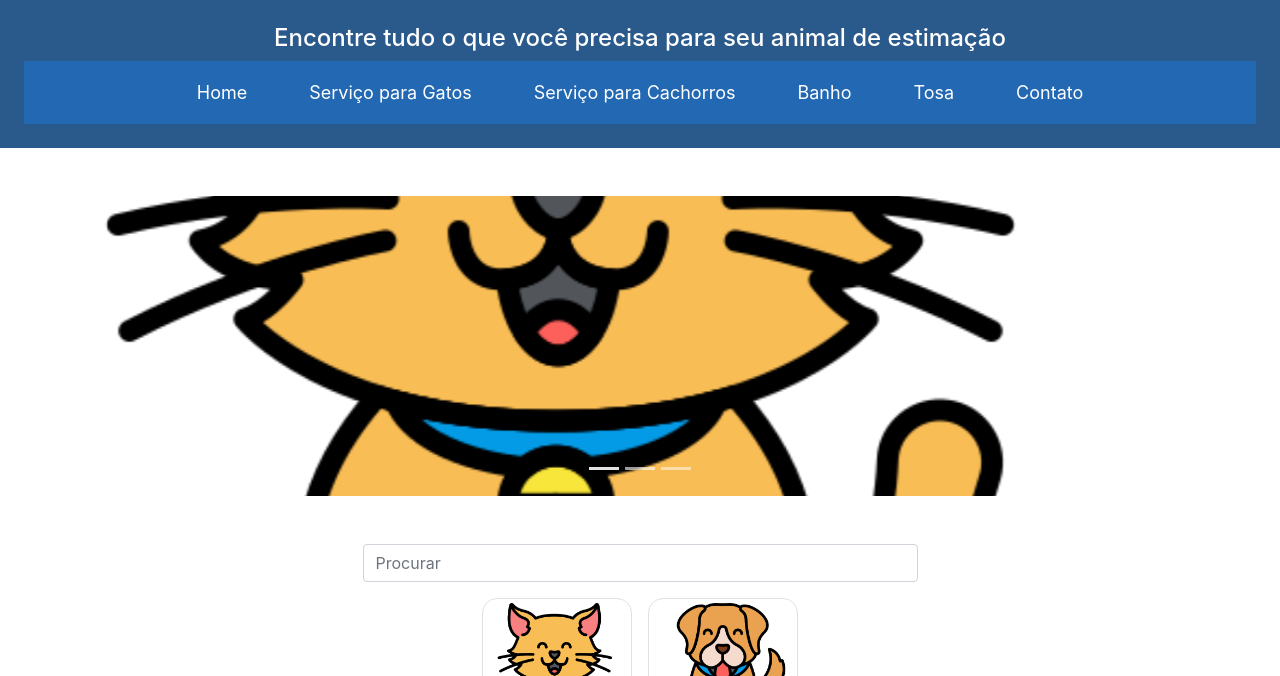
Repository: graeff01/petshop-project
Page: index.html
An editor plug-in stored every save of this project. The page is shown before and after a run of saves, followed by the edit.
The browser window is 1280 px wide. The pictures show the part of the page from y = 0 to 676 px (the page is 1956 px tall before and 1856 px after).
A picture or video elsewhere on the page could not be fetched, so the positions and the page height are approximate.

Above is the page before, as saved 2024-09-18 11:09:48.

### index.html
<!DOCTYPE html>
<html lang="pt-br">
<head>
    <meta charset="UTF-8">
    <meta name="viewport" content="width=device-width, initial-scale=1.0">
    <title>PetShop - Home</title>
    <link rel="stylesheet" href="css/style.css">
    <link href="https://maxcdn.bootstrapcdn.com/bootstrap/4.5.2/css/bootstrap.min.css" rel="stylesheet">
</head>
<body>
    <!-- Cabeçalho com menu de navegação -->
    <header class="blue-background text-center p-4">
        <h1>Encontre tudo o que você precisa para seu animal de estimação</h1>
        <nav>
            <ul class="nav justify-content-center">
                <li class="nav-item">
                    <a class="nav-link active" href="index.html">Home</a>
                </li>
                <li class="nav-item">
                    <a class="nav-link" href="gato.html">Serviço para Gatos</a>
                </li>
                <li class="nav-item">
                    <a class="nav-link" href="dog.html">Serviço para Cachorros</a>
                </li>
                <li class="nav-item">
                    <a class="nav-link" href="banho.html">Banho</a>
                </li>
                <li class="nav-item">
                    <a class="nav-link" href="tosa.html">Tosa</a>
                </li>
                <li class="nav-item">
                    <a class="nav-link" href="contato.html">Contato</a>
                </li>
            </ul>
        </nav>
    </header>

    <!-- Carrossel de Imagens -->
    <section class="carousel-section container mt-5">
        <div id="carouselExampleIndicators" class="carousel slide" data-ride="carousel">
            <ol class="carousel-indicators">
                <li data-target="#carouselExampleIndicators" data-slide-to="0" class="active"></li>
                <li data-target="#carouselExampleIndicators" data-slide-to="1"></li>
                <li data-target="#carouselExampleIndicators" data-slide-to="2"></li>
            </ol>
            <div class="carousel-inner">
                <div class="carousel-item active">
                    <img class="d-block w-100" src="img/cat.png" alt="Primeira imagem">
                </div>
                <div class="carousel-item">
                    <img class="d-block w-100" src="img/dog.png" alt="Segunda imagem">
                </div>
                <div class="carousel-item">
                    <img class="d-block w-100" src="img/dog.png" alt="Terceira imagem">
                </div>
            </div>
            <a class="carousel-control-prev" href="#carouselExampleIndicators" role="button" data-slide="prev">
                <span class="carousel-control-prev-icon" aria-hidden="true"></span>
                <span class="sr-only">Previous</span>
            </a>
            <a class="carousel-control-next" href="#carouselExampleIndicators" role="button" data-slide="next">
                <span class="carousel-control-next-icon" aria-hidden="true"></span>
                <span class="sr-only">Next</span>
            </a>
        </div>
    </section>

    <!-- Seção principal -->
    <main class="container mt-5">
        <input type="text" placeholder="Procurar" class="form-control w-50 mx-auto my-3 search-bar">
        <div class="d-flex justify-content-center mb-4">
            <div class="animal-category mx-2">
                <a href="gato.html">
                    <div class="image-container">
                        <img src="img/cat.png" alt="Cats" class="img-thumbnail">
                        <div class="overlay">Cats</div>
                    </div>
                </a>
            </div>
            <div class="animal-category mx-2">
                <a href="dog.html">
                    <div class="image-container">
                        <img src="img/dog.png" alt="Dogs" class="img-thumbnail">
                        <div class="overlay">Dogs</div>
                    </div>
                </a>
            </div>
        </div>
    </main>

    <!-- Seção de Fidelidade -->
    <section class="membership text-center p-4">
        <div class="membership-content d-flex align-items-center justify-content-center">
            <div class="membership-text text-center">
                <h3>Torne-se um membro<br>E obtenha desconto</h3>
                <a href="cliente.html" class="btn btn-dark">Virar Membro</a>
            </div>
            <div class="membership-image">
                <img src="img/fidelidade.jpg" alt="Gift" class="img-fluid">
            </div>
        </div>
    </section>

    <!-- Conselhos -->
    <main class="container mt-5">
        <div class="advice-section d-flex justify-content-center align-items-center">
            <div class="advice-text text-center">
                <h2>Alguns bons conselhos para cuidar de seu animal de estimação</h2><br><br>
                <p><strong>Paciência e compreensão:</strong> entenda que os animais de estimação têm suas personalidades. Seja paciente, especialmente durante o treinamento.</p> <br>
                <p><strong>Eduque-se:</strong> Aprenda sobre a raça, os comportamentos e os requisitos de saúde específicos de seu animal de estimação.</p><br>
                <p><strong>Preparação para emergências:</strong> Familiarize-se com a localização da clínica veterinária de emergência mais próxima.</p><br>
                <p><strong>Reforço positivo:</strong> Aprenda técnicas de reforço positivo.</p>
            </div>
            <div class="advice-image text-center">
                <img src="img/dogg.png" alt="Dog Advice" class="img-fluid">
            </div>
        </div>
    </main>

    <!-- Rodapé com informações de contato -->
    <footer class="footer mt-5 p-4 bg-light text-center">
        <div class="footer-container">
            <div class="footer-left">
                <img src="img/logo.png" alt="PetShop Logo" class="footer-logo">
            </div>
            <div class="footer-center">
                <ul class="footer-links">
                    <li><a href="index.html">Home</a></li>
                    <li><a href="gato.html">Gato</a></li>
                    <li><a href="dog.html">Cachorro</a></li>
                    <li><a href="banho.html">Banho</a></li>
                    <li><a href="tosa.html">Tosa</a></li>
                    <li><a href="contato.html">Contato</a></li>
                </ul>
            </div>
            <div class="footer-right">
                <p>Contato: (11) 1234-5678 | contato@petshop.com</p>
                <p>Autor: Douglas - Projeto Web</p>
                <div class="social-icons">
                    <a href="#"><img src="img/face.png" alt="Facebook"></a>
                    <a href="#"><img src="img/insta.png" alt="Instagram"></a>
                    <a href="#"><img src="img/x.png" alt="Twitter"></a>
                </div>
            </div>
        </div>
    </footer>

    <script src="https://code.jquery.com/jquery-3.5.1.slim.min.js"></script>
    <script src="https://cdn.jsdelivr.net/npm/@popperjs/core@2.9.2/dist/umd/popper.min.js"></script>
    <script src="https://maxcdn.bootstrapcdn.com/bootstrap/4.5.2/js/bootstrap.min.js"></script>
</body>
</html>

### css/style.css
/* Estilos globais */
body {
    font-family: Arial, sans-serif;
    margin: 0;
    padding: 0;
}

/* Cabeçalho */
header.blue-background {
    background-color: #2a598b;
    color: white;
    padding: 20px 0;
    text-align: center;
    width: 100%;
    box-sizing: border-box;
}

header.blue-background h1 {
    font-size: 24px;
}

nav ul {
    padding: 0;
    margin: 0;
    list-style-type: none;
    display: flex;
    justify-content: center;
    background-color: #2368b3;
    padding: 10px 0;
}

nav ul li {
    margin: 0 15px;
}

nav ul li a {
    color: white;
    text-decoration: none;
    font-size: 18px;
    transition: color 0.3s ease;
}

nav ul li a:hover {
    color: #ffd700;
}

/* Barra de busca */
.search-bar {
    padding: 10px;
    font-size: 16px;
    width: 50%;
    margin: 20px auto;
    border-radius: 20px;
    border: 2px solid #fff;
    transition: all 0.3s ease;
}

.search-bar:focus {
    border-color: #000;
    outline: none;
}

/* Carrossel */
.carousel-item img {
    max-height: 300px;
    min-width: 100px;
    object-fit: cover;
}

/* Categorias de animais */
.animal-category .image-container {
    position: relative;
    width: 150px;
    height: 150px;
}

.animal-category .image-container img {
    width: 100%;
    height: 100%;
    border-radius: 10%;
}

.animal-category .image-container .overlay {
    position: absolute;
    bottom: 0;
    background: rgba(0, 0, 0, 0.5);
    color: #fff;
    width: 100%;
    text-align: center;
    padding: 10px 0;
    font-size: 16px;
    border-radius: 0 0 10% 10%;
}

/* Seção de Membros */
section.membership {
    background-color: #2a598b;
    padding: 60px 0;
    text-align: center;
    width: 100%;
    box-sizing: border-box;
}

.membership-content {
    background-color: #fff;
    border: 1px solid #000000ee;
    border-radius: 20px;
    padding: 20px;
    display: flex;
    align-items: center;
    text-align: left;
    max-width: 900px;
    margin: auto;
}

.membership-text {
    margin-right: 20px;
    text-align: center;
}

.membership-text h3 {
    font-size: 35px;
    margin-bottom: 10px;
}

.membership-image {
    flex: 1;
    text-align: center;
}

.membership-image img {
    max-width: 500px;
    height: auto;
    border-radius: 20px;
}

/* Seção de conselhos */
.advice-section {
    display: flex;
    justify-content: space-between;
    align-items: center;
    padding: 20px 0;
}

.advice-text {
    flex: 1;
    margin-left: 80px;
}

.advice-text h2 {
    color: #2a598b;
}

.advice-text p {
    font-size: 15px;
    margin-right: 10px;
    margin-bottom: 10px;
}

.advice-image {
    flex: 1;
    margin-left: 20px;
}

.advice-image img {
    max-width: 100%;
    height: 500px;
    border-radius: 20px;
}

/* Rodapé */
.footer {
    background-color: #d5d7d8;
    padding: 20px 0;
    color: white;
    text-align: center;
    width: 100%;
}

.footer-container {
    display: flex;
    justify-content: space-between;
    align-items: center;
    max-width: 1200px;
    margin: 0 auto;
    padding: 0 20px;
    box-sizing: border-box;
}

.footer-left img {
    width: 100px;
}

.footer-center {
    flex: 1;
}

.footer-links {
    list-style-type: none;
    padding: 0;
    margin: 0;
    display: flex;
    justify-content: center;
}

.footer-links li {
    margin: 0 10px;
}

.footer-links a {
    color: rgb(35, 111, 197);
    text-decoration: none;
    font-size: 16px;
}

.footer-links a:hover {
    text-decoration: underline;
}

.footer-right .social-icons {
    display: flex;
    justify-content: center;
}

.footer-right .social-icons a {
    margin: 0 10px;
}

.footer-right .social-icons img {
    width: 30px;
    height: 30px;
}

After the next 2 saves:
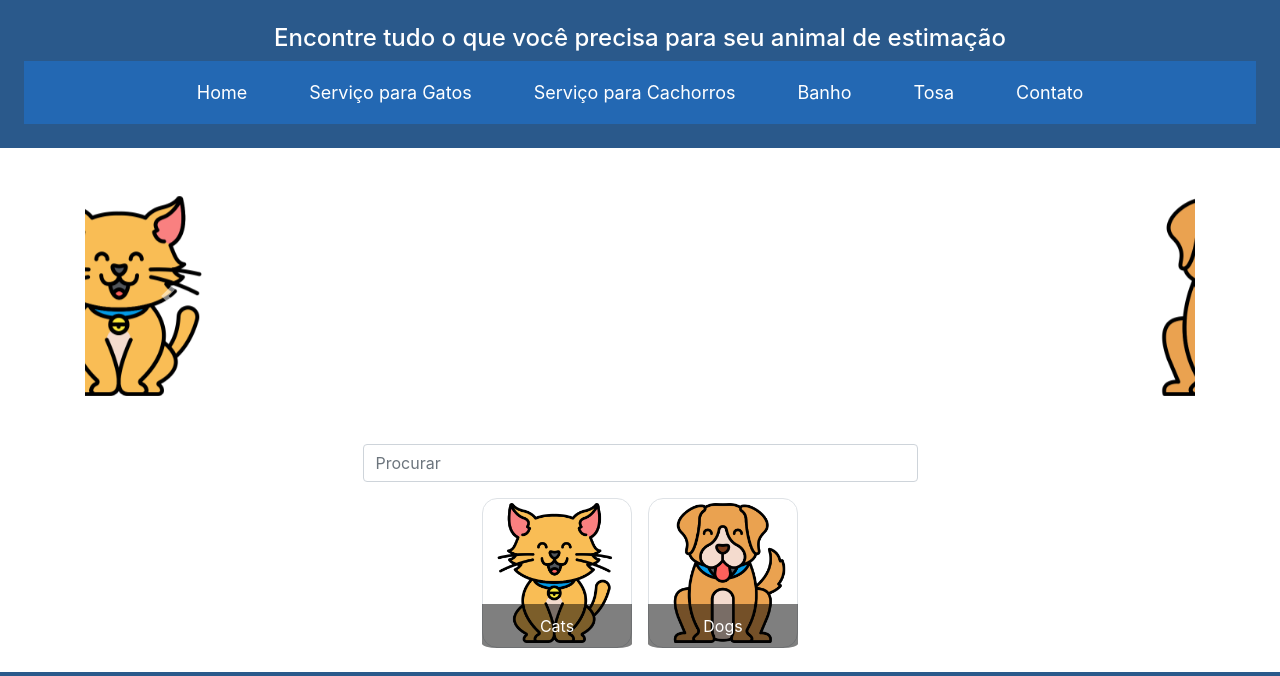
The 2 saves are shown as one change because they came seconds apart.
The last was saved 8 s later.
--- a/css/style.css
+++ b/css/style.css
@@ -63,7 +63,7 @@ nav ul li a:hover {
 /* Carrossel */
 .carousel-item img {
     max-height: 300px;
-    min-width: 100px;
+    max-width: 200px;
     object-fit: cover;
 }
 
